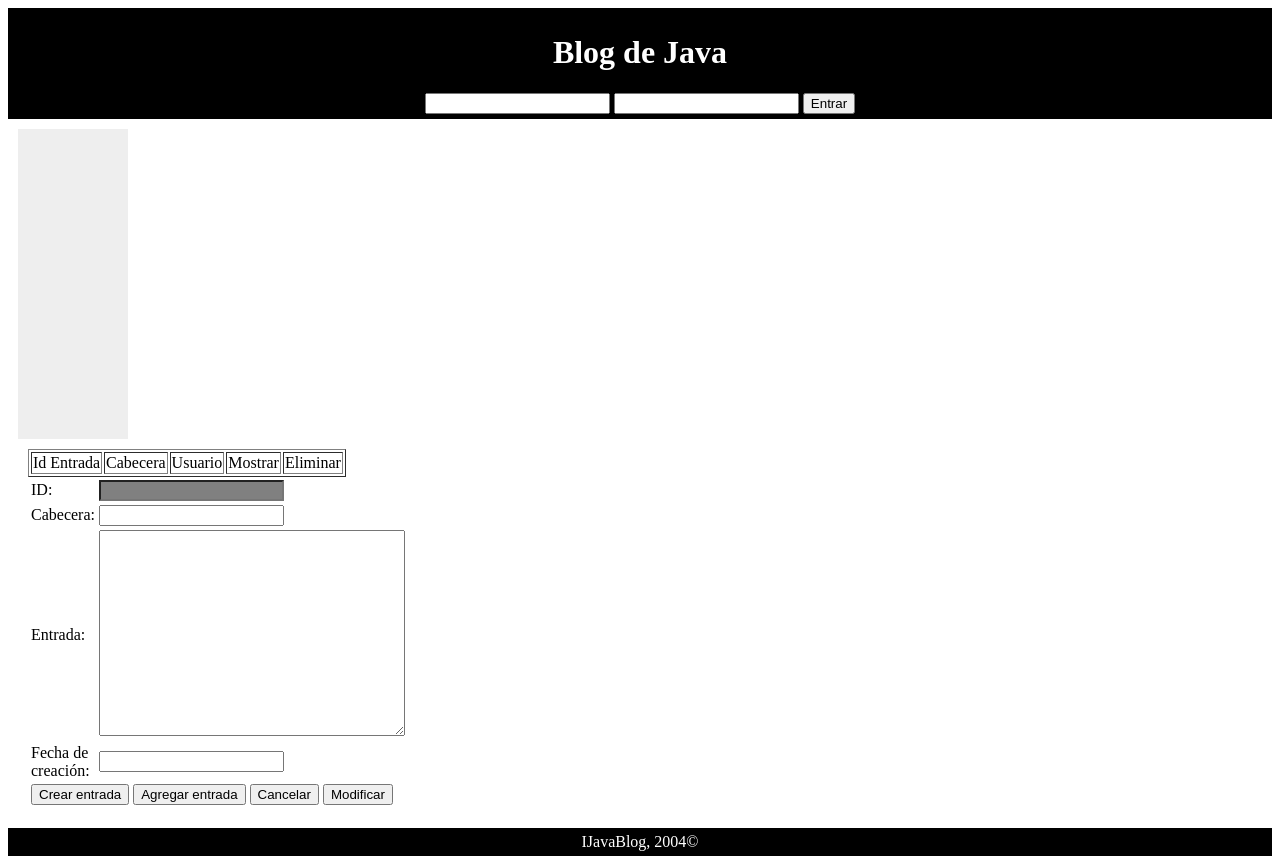
Repository: alruis/IJavaDreamBlog
Page: http://localhost/IJavaBlog/jsp/blog/inicio.jsp
These files come from the project's save history. The page is drawn as it stood at one moment and after the next save; the edit follows.
The browser window is 1280 px wide. The pictures show the whole page.
The page is served by Tomcat 9. Nobody is signed in. The application's start-up code is not run. The template is opened directly, without the code that normally fills it, so the values that code supplies are empty.

Above is the page before, as saved 2014-09-25 07:54:44.
Console error: ReferenceError: init is not defined

After the next save:
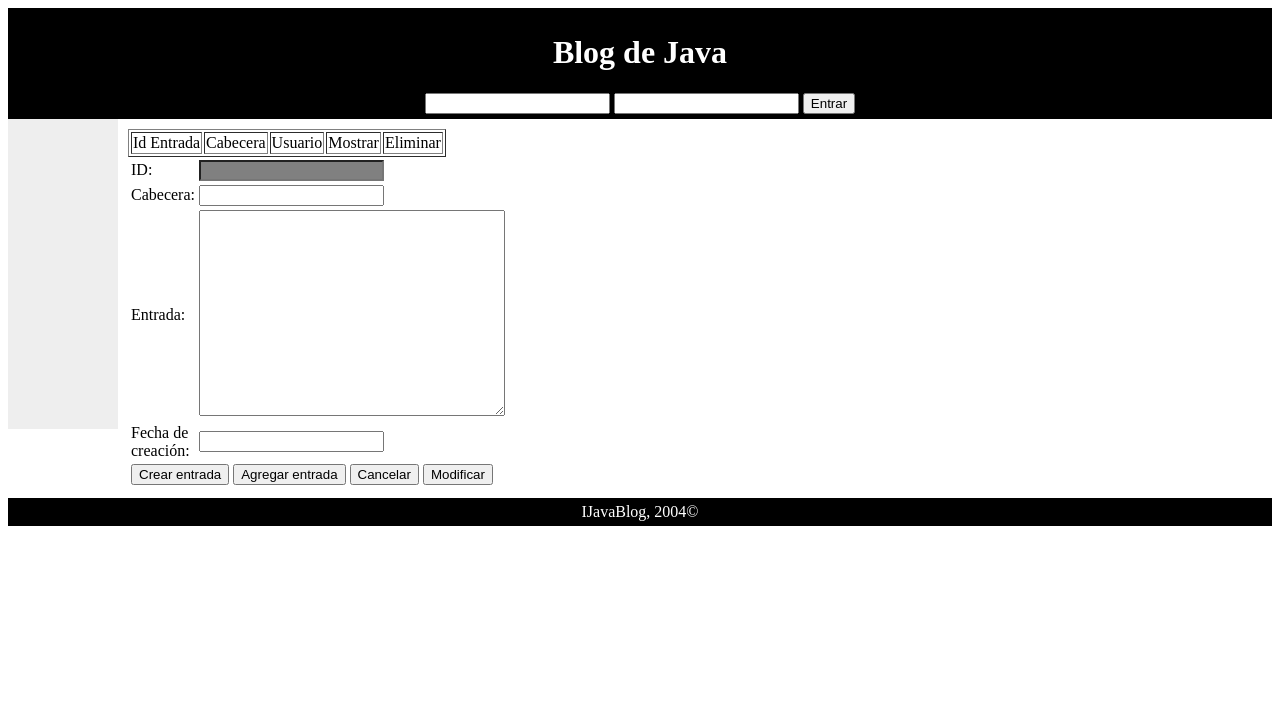
Saved 2 min 8 s later.
--- a/IJavaBlog/WebContent/jsp/blog/inicio.jsp
+++ b/IJavaBlog/WebContent/jsp/blog/inicio.jsp
@@ -38,9 +38,7 @@
 	}
 
 	div.cuerpo{
-   width:350px;
-    float:left;
-    padding:10px;
+
 	}
 
 
